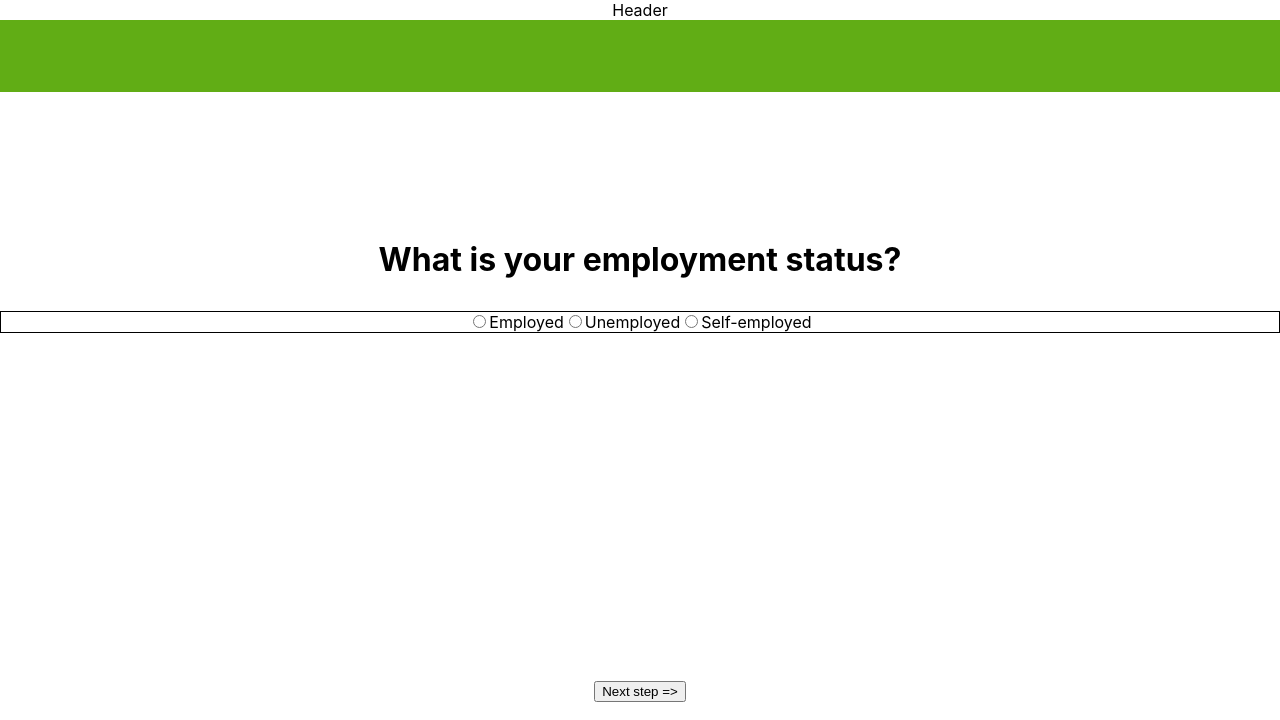
Repository: andbilous/task-survey
Page: /
The author's editor kept a copy of each file at every save. The page is drawn from the files as they stood at one save, then again after a run of saves.
The browser window is 1280 px wide. The pictures show the whole page.
The project was rebuilt for these pictures with package versions that can differ from the ones it lists, and the page was loaded fresh each time.

Above is the page before, as saved 2020-06-16 18:43:24.

### src/App.js
import React from 'react';
import './App.css';
import Header from './components/Header';
import Footer from './components/Footer';
import EmploymentStatusPage from './pages/EmploymentStatus';
import { Provider } from 'react-redux'
import { store } from './redux/store'

function App() {
  return (
    <Provider store={store}>
    <div className="App">
      <Header/>
      <EmploymentStatusPage/>
      <Footer/>
    </div>
    </Provider>
  );
}

export default App;

### src/App.css
*{
  text-align: center;
}
/* .App {
  text-align: center;
  background-color: #333;
}

.App-logo {
  height: 40vmin;
  pointer-events: none;
}

@media (prefers-reduced-motion: no-preference) {
  .App-logo {
    animation: App-logo-spin infinite 20s linear;
  }
}

.App-header {
  background-color: #282c34;
  min-height: 100vh;
  display: flex;
  flex-direction: column;
  align-items: center;
  justify-content: center;
  font-size: calc(10px + 2vmin);
  color: white;
}

.App-link {
  color: #61dafb;
}

@keyframes App-logo-spin {
  from {
    transform: rotate(0deg);
  }
  to {
    transform: rotate(360deg);
  }
} */

### src/components/Header.jsx
import React from "react";

const Header = () => {
  return (
    <div style={styles.general}>
      Header
      <div style={styles.progressBar}></div>
    </div>
  );
};

const styles = {
  general: {
    position: "absolute",
    left: "0%",
    right: "0%",
    top: "0%",
    bottom: "0%",
    height: "133px",
    backgroundColor: "#fff",
  },
  progressBar: {
    height: "72px",
    width: "100%",
    backgroundColor: "#61AD15",
  },
};

export default Header;

### src/components/Footer.jsx
import React from "react";

const Footer = () => {
  return <div style={styles.general}>
    <button>Next step =></button>
  </div>;
};

const styles = {
  general: {
    position: "absolute",
    bottom: "0",
    width: "100%",
    height: "2.5rem",
    backgroundColor: '#fff'
  },
};

export default Footer;

### src/pages/EmploymentStatus.jsx
import React from "react";
import Radio from '@material-ui/core/Radio';
import RadioGroup from '@material-ui/core/RadioGroup';
import FormControlLabel from '@material-ui/core/FormControlLabel';
import FormControl from '@material-ui/core/FormControl';
import FormLabel from '@material-ui/core/FormLabel';

const EmploymentStatusPage = () => {
  const handleChange=(e)=>{
    console.log(e.target.value)
  }
  return (
    <div style={{ backgroundColor: "#fff",marginTop: "15rem" }}>
      <h1>What is your employment status?</h1>
      {/* <FormControl component="fieldset">
      <FormLabel component="legend">Gender</FormLabel>
      <RadioGroup defaultValue="female" aria-label="gender" name="customized-radios">
        <FormControlLabel value="female" control={<StyledRadio />} label="Female" />
        <FormControlLabel value="male" control={<StyledRadio />} label="Male" />
        <FormControlLabel value="other" control={<StyledRadio />} label="Other" />
        <FormControlLabel
          value="disabled"
          disabled
          control={<StyledRadio />}
          label="(Disabled option)"
        />
      </RadioGroup>
    </FormControl> */}
      <form>
        <div id='1' style={{marginTop: '2rem',border: '1px solid black'}} className="radio">
            <label><input onChange={handleChange} name='1' type="radio" value="Employed" />Employed</label>
            <label><input onChange={handleChange} name='1' type="radio" value="Unemployed" />Unemployed</label>
            <label><input onChange={handleChange} name='1' type="radio" value="SelfEmployed" />Self-employed</label>
        </div>
      </form>
    </div>
  );
};

export default EmploymentStatusPage;

### src/redux/store.js
import { applyMiddleware, createStore } from 'redux';
import logger from 'redux-logger';
import thunk from 'redux-thunk';

import { rootReducer } from './rootReducer';

const middleware = [thunk, logger];

export const store = createStore(rootReducer, applyMiddleware(...middleware));

### src/redux/rootReducer.js
import { combineReducers } from 'redux'
import surveyReducer from './survey/reducer'

export const rootReducer = combineReducers({
  surveyReducer
})

### src/redux/survey/reducer.js
import types from './types'

const initialValues = {
  users: [],
  isLoading: false,
  userData: {}
}

const surveyReducer = (state = initialValues, { type, payload }) => {
  switch (type) {
    case types.FETCH_USERS_START:
    case types.GET_USERDATA_START:
      return {
        ...state,
        isLoading: true
      }
    case types.GET_USERDATA_SUCCESS:
      return {
        ...state,
        isLoading: false,
        userData: payload
      }
    case types.FETCH_USERS_SUCCESS:
      return {
        ...state,
        isLoading: false,
        users: payload
      }
    case types.GET_USERDATA_FAILURE:
    case types.FETCH_USERS_FAILURE:
      return {
        ...state,
        isLoading: true
      }
    default:
      return state
  }
}

export default surveyReducer;

Loaded but not shown: public/index.html (common file); src/index.js (common file); src/index.css (common file); src/serviceWorker.js (common file); src/redux/survey/types.js (no copy from this time; the picture is the same without it)

After the next 6 saves:
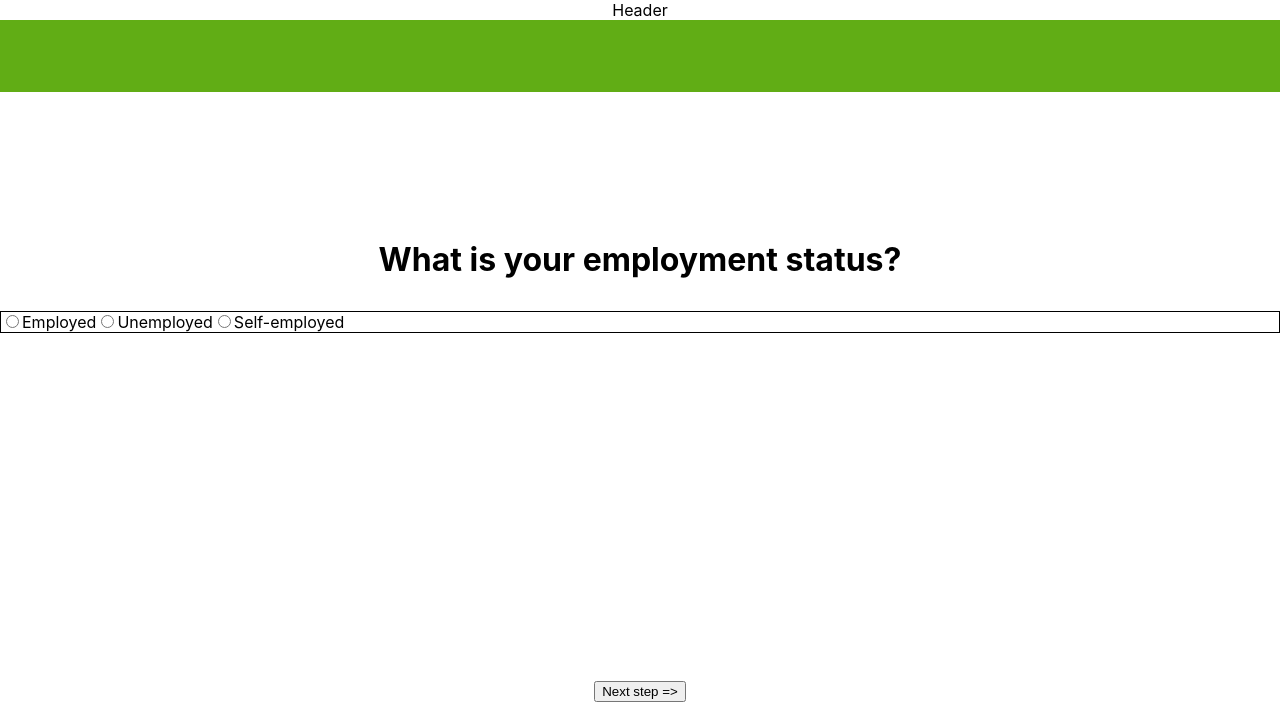
The 6 saves are shown as one change because they came seconds apart.
The last was saved 2 min 14 s later.
--- a/src/pages/EmploymentStatus.jsx
+++ b/src/pages/EmploymentStatus.jsx
@@ -27,7 +27,7 @@ const EmploymentStatusPage = () => {
       </RadioGroup>
     </FormControl> */}
       <form>
-        <div id='1' style={{marginTop: '2rem',border: '1px solid black'}} className="radio">
+        <div id='1' style={{marginTop: '2rem',border: '1px solid black', display:'flex'}} className="radio">
             <label><input onChange={handleChange} name='1' type="radio" value="Employed" />Employed</label>
             <label><input onChange={handleChange} name='1' type="radio" value="Unemployed" />Unemployed</label>
             <label><input onChange={handleChange} name='1' type="radio" value="SelfEmployed" />Self-employed</label>
